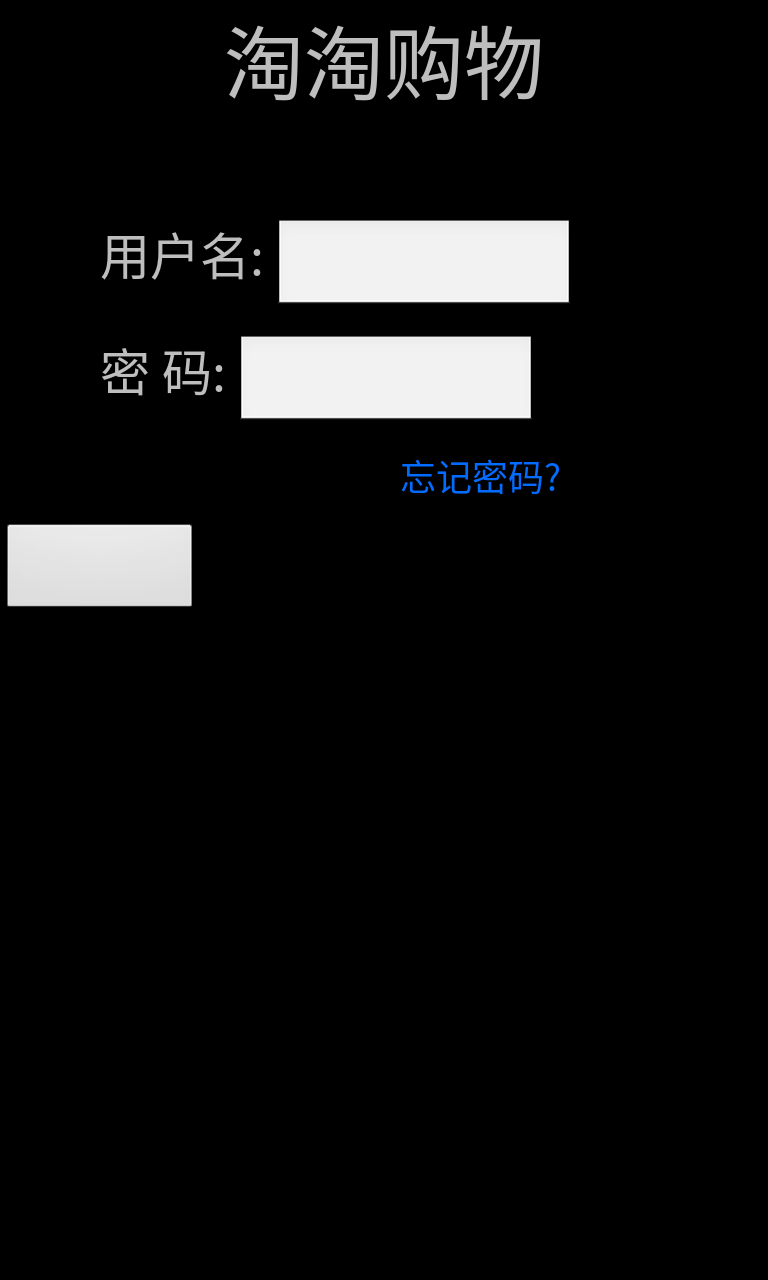
Repository: jcyfkimi/Android-TaoTao
Layout: TaoTao/res/layout/login.xml
These files come from the project's save history. The layout is drawn as it stood at one moment and after the next save; the edit follows.
It is drawn on a 768 x 1280 px phone screen (xhdpi) without system bars, with theme android:Theme; the app's code is not run.

Above is the layout before, as saved 2011-09-13 06:33:34.

### TaoTao/res/layout/login.xml
<?xml version="1.0" encoding="utf-8"?>
<LinearLayout xmlns:android="http://schemas.android.com/apk/res/android"
    android:orientation="vertical"
    android:layout_width="fill_parent"
    android:layout_height="fill_parent"
    >
    <TextView android:layout_width="wrap_content"
    	android:layout_height="wrap_content"
    	android:text="@string/indexhead"
    	android:textSize="40dip"
    	android:layout_gravity="center_horizontal"/>
	<LinearLayout xmlns:android="http://schemas.android.com/apk/res/android"
	    android:orientation="horizontal"
	    android:layout_width="wrap_content"
	    android:layout_height="wrap_content"
	    >
	    <TextView android:layout_width="wrap_content"
	    	android:layout_height="wrap_content"
	    	android:layout_marginLeft="50dip"
	    	android:layout_marginTop="50dip"
	    	android:text="@string/logintext"
	    	android:textSize="25dip"/>
	    <EditText android:id="@+id/uname"
	    	android:layout_width="150dip"
	    	android:layout_height="wrap_content"
	    	android:layout_marginTop="50dip"
	    	android:layout_marginLeft="5dip"
	    	/>
	    </LinearLayout>

	<LinearLayout xmlns:android="http://schemas.android.com/apk/res/android"
	    android:orientation="horizontal"
	    android:layout_width="wrap_content"
	    android:layout_height="wrap_content"
	    >
	    <TextView android:layout_width="wrap_content"
	    	android:layout_height="wrap_content"
	    	android:layout_marginLeft="50dip"
	    	android:layout_marginTop="10dip"
	    	android:text="@string/passtext"
	    	android:textSize="25dip"/>
	    <EditText android:id="@+id/upass"
	    	android:layout_width="150dip"
	    	android:layout_height="wrap_content"
	    	android:layout_marginTop="10dip"
	    	android:layout_marginLeft="5dip"
	    	/>
	    </LinearLayout>

	<LinearLayout xmlns:android="http://schemas.android.com/apk/res/android"
	    android:orientation="horizontal"
	    android:layout_width="fill_parent"
	    android:layout_height="wrap_content"
	    >
	    <TextView android:layout_width="wrap_content"
	    	android:layout_height="wrap_content"
			android:layout_marginLeft="200dip"
	    	android:layout_marginTop="10dip"
	    	android:text="@string/forgetpass"
	    	android:textSize="18dip"
	    	android:textColor="#036CFE"
	    	/>
	    </LinearLayout>

	<LinearLayout xmlns:android="http://schemas.android.com/apk/res/android"
	    android:orientation="horizontal"
	    android:layout_width="wrap_content"
	    android:layout_height="wrap_content"
	    android:layout_marginTop="10dip"
	    >
	    <Button android:id="@+id/btnlogin"
	    	android:layout_width="100dip"
	    	android:layout_height="wrap_content"
	    	/>
	    	</LinearLayout>
</LinearLayout>

### TaoTao/res/values/strings.xml
<?xml version="1.0" encoding="utf-8"?>
<resources>
    <string name="hello">Hello World, LoginActivity!</string>
    <string name="app_name">TaoTao</string>
    <string name="logintext">用户名:</string>
    <string name="passtext">密    码:</string>
    <string name="forgetpass">忘记密码?</string>
    <string name="indexhead">淘淘购物</string>
</resources>

After the next save:
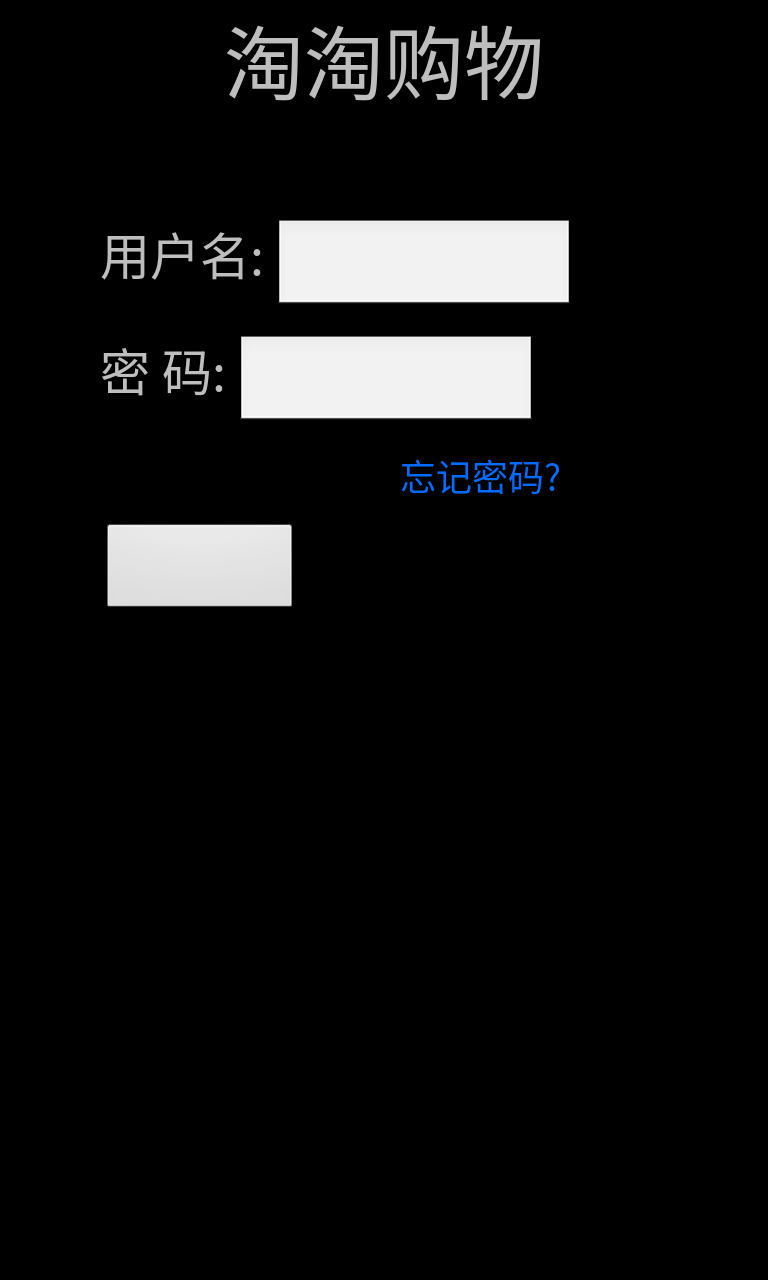
Saved 5 s later.
--- a/TaoTao/res/layout/login.xml
+++ b/TaoTao/res/layout/login.xml
@@ -67,6 +67,7 @@
 	    android:layout_width="wrap_content"
 	    android:layout_height="wrap_content"
 	    android:layout_marginTop="10dip"
+	    android:layout_marginLeft="50dip"
 	    >
 	    <Button android:id="@+id/btnlogin"
 	    	android:layout_width="100dip"
